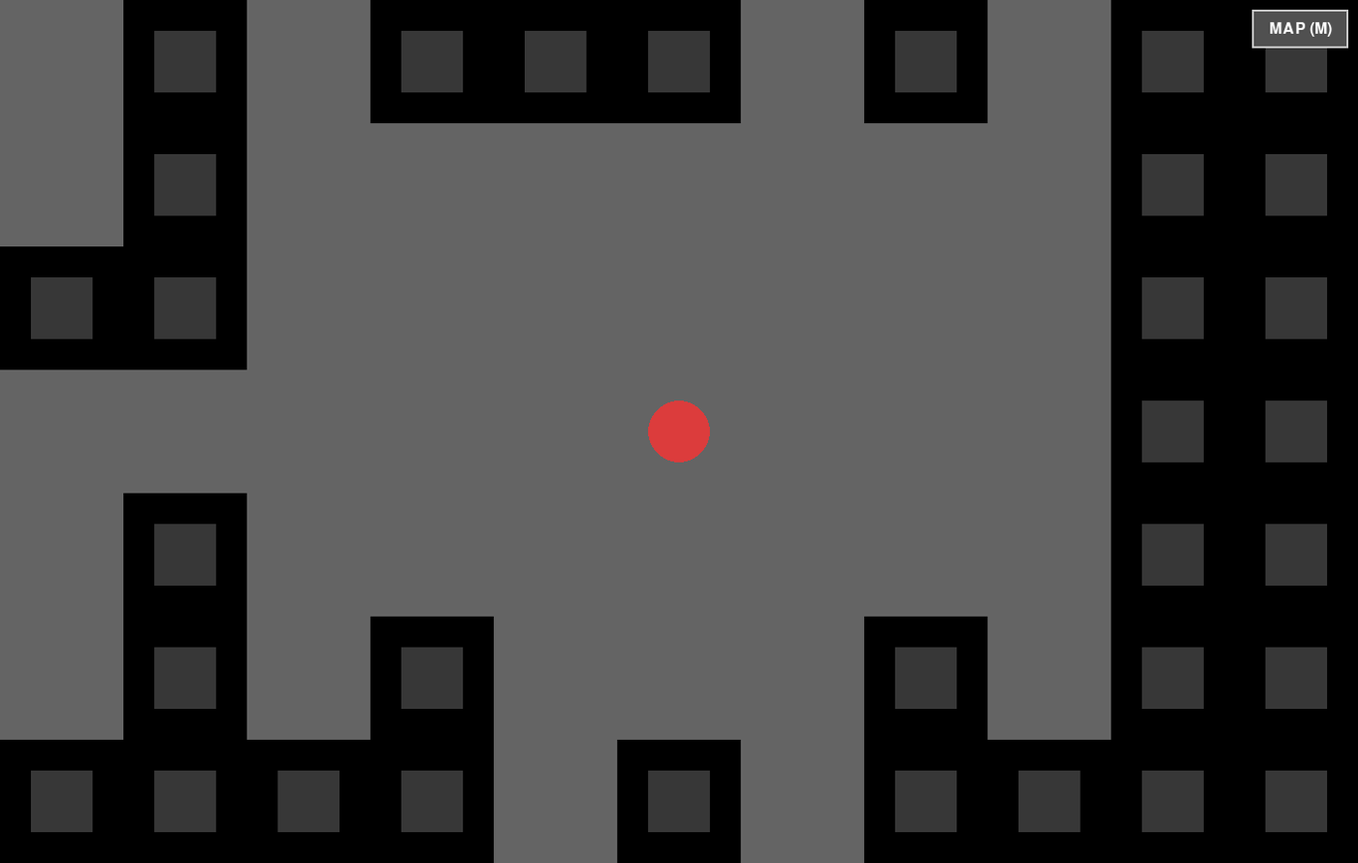
Repository: Nakib-Arman/Game-Jam-2026
Script's output: python main.py
An editor plug-in stored every save of this project. The script's output is shown before and after the next save, followed by the edit.
The pictures are shown at 97% of full size.
Figures wider than 1,400 px are first shrunk to that width. The window is shown after at most 60 frames with no key pressed. Random numbers start from a fixed seed.

Above is the script's output before, as saved 2026-01-25 17:50:59.

After the next save:
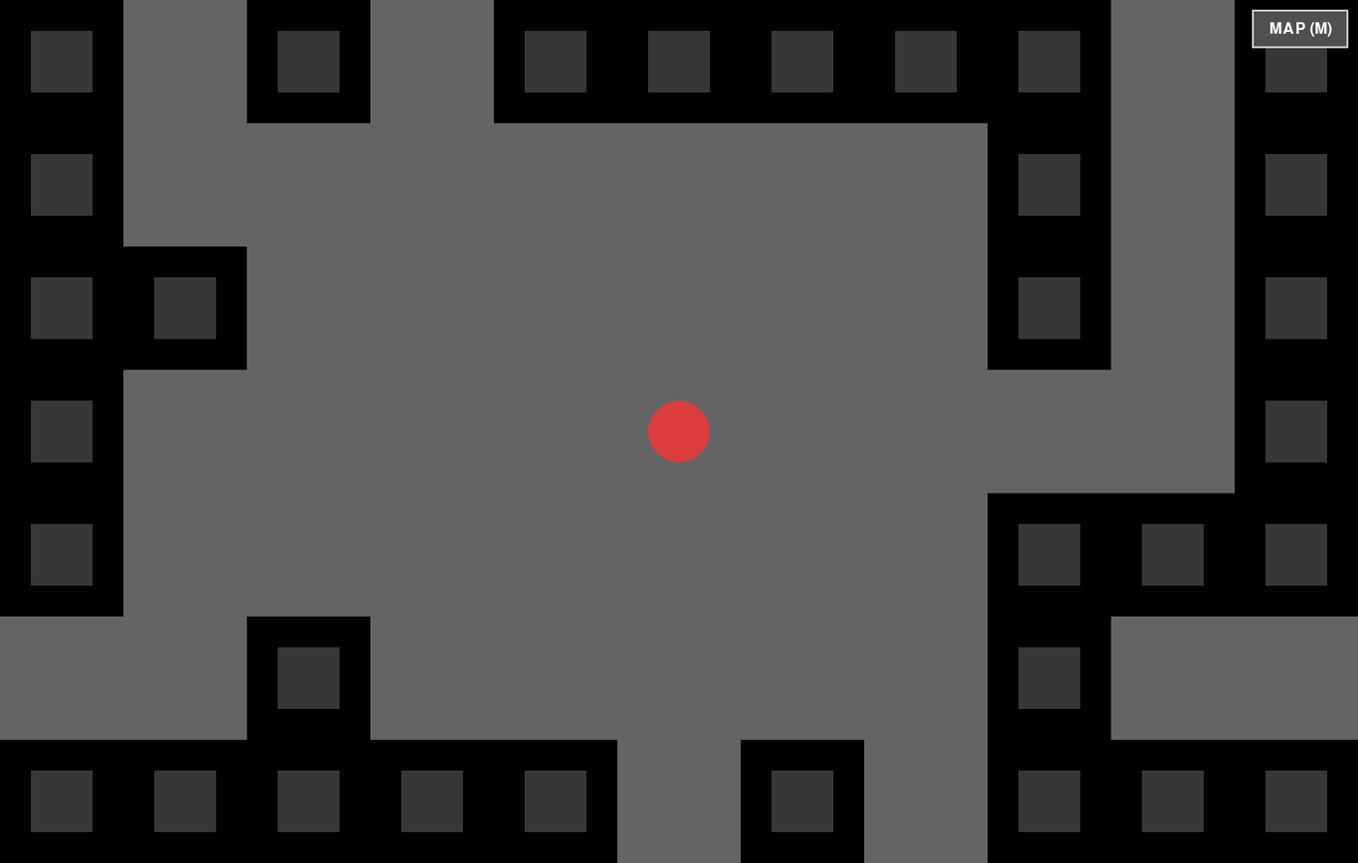
Saved 4 s later.
--- a/main.py
+++ b/main.py
@@ -7,7 +7,7 @@
 # ======================
 
 WORLD_ROWS = 46
-WORLD_COLS = 40
+WORLD_COLS = 50
 
 VIEW_ROWS = 7
 VIEW_COLS = 11
